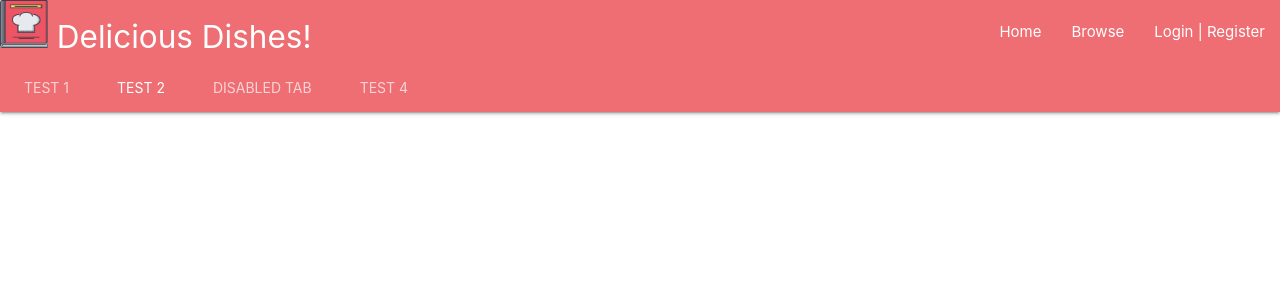
Repository: hebs87/cookbook-milestone-project-three
Page: http://localhost/
The author's editor kept a record of every edit. The page is drawn from the files as they stood at one moment, then again after the next edit.
The browser window is 1280 px wide. The pictures show the whole page.
Some web libraries are served in a nearby version. The page is served by the project's application, run on Flask 3 (app.py). Other server files are loaded and not shown.

Above is the page before.

### templates/base.html
<!DOCTYPE html>
<html lang="en">

<head>

    <!--Link for Favicon-->
    <link rel="icon" sizes="192x192" href="{{ url_for('static', filename='img/favicon.png') }}" type="image/x-icon">
    <meta charset="UTF-8">
    <meta name="viewport" content="width=device-width, initial-scale=1.0">
    <meta http-equiv="X-UA-Compatible" content="ie=edge">
    <title>Delicious Dishes!</title>

    <!--Link for Materialize-->
    <link rel="stylesheet" href="https://cdnjs.cloudflare.com/ajax/libs/materialize/1.0.0/css/materialize.min.css">
    <!--Link for FontAwesome-->
    <link rel="stylesheet" href="https://use.fontawesome.com/releases/v5.8.2/css/all.css"
        integrity="sha384-oS3vJWv+0UjzBfQzYUhtDYW+Pj2yciDJxpsK1OYPAYjqT085Qq/1cq5FLXAZQ7Ay" crossorigin="anonymous">
    <!--Link for custom CSS sheet-->


</head>

<body>

    <nav class="nav-extended">
        <div class="nav-wrapper">
            <a href="#" class="brand-logo"><img src="{{ url_for('static', filename='img/favicon.png') }}" alt="Delicious Desserts Chef Logo" lazyload="on">
            Delicious Dishes!</a>
            <a href="#" data-target="mobile-demo" class="sidenav-trigger">
                <i class="fas fa-bars"></i>
            </a>
            <ul id="nav-mobile" class="right hide-on-med-and-down">
                <li>
                    <a href="#">
                        Home
                    </a>
                </li>
                <li>
                    <a href="#">
                        Browse
                    </a>
                </li>
                <li>
                    <a href="#">
                        Login | Register
                    </a>
                </li>
            </ul>
        </div>
        <div class="nav-content">
            <ul class="tabs tabs-transparent">
                <li class="tab"><a href="#test1">Test 1</a></li>
                <li class="tab"><a class="active" href="#test2">Test 2</a></li>
                <li class="tab disabled"><a href="#test3">Disabled Tab</a></li>
                <li class="tab"><a href="#test4">Test 4</a></li>
            </ul>
        </div>
    </nav>

    <ul class="sidenav" id="mobile-demo">
        <li><a href="sass.html">Sass</a></li>
        <li><a href="badges.html">Components</a></li>
        <li><a href="collapsible.html">JavaScript</a></li>
    </ul>

    <!--Script tag for jQuery-->
    <script src="https://code.jquery.com/jquery-3.4.1.min.js"
        integrity="sha256-CSXorXvZcTkaix6Yvo6HppcZGetbYMGWSFlBw8HfCJo=" crossorigin="anonymous"></script>
    <!--Script tag for Materialize-->
    <script src="https://cdnjs.cloudflare.com/ajax/libs/materialize/1.0.0/js/materialize.min.js"></script>
    <!--Script tag for custom JS file-->


</body>

</html>

### app.py
import os
from flask import Flask, render_template, redirect, request, url_for
from flask_pymongo import PyMongo
from bson.objectid import ObjectId

# Instance of Flask
app = Flask(__name__)

# Config Flask app and connect to database
app.config["MONGO_DBNAME"] = 'onlineCookbook'
app.config["MONGO_URI"] = os.getenv('MONGO_URI')

# Instance of PyMongo
mongo = PyMongo(app)

# DB collection variables
recipes_coll = mongo.db.recipes
rating_coll = mongo.db.ratings
categories_coll = mongo.db.categories
serves_coll = mongo.db.serves
time_coll = mongo.db.time
users_coll = mongo.db.userLogin

@app.route('/')
def base():
    return render_template("base.html")

@app.route('/get_recipes')
def get_recipes():
    return render_template("recipes.html", recipes=recipes_coll.find())

if __name__ == '__main__':
    app.run(host=os.getenv("IP", "0.0.0.0"),
            port=int(os.getenv("PORT", "5000")),
            debug=False)

After the next edit:
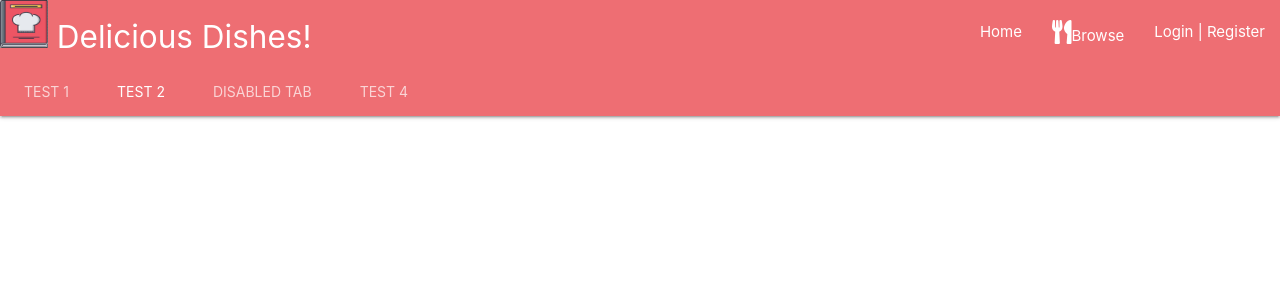
The edit:
--- a/templates/base.html
+++ b/templates/base.html
@@ -37,7 +37,7 @@
                 </li>
                 <li>
                     <a href="#">
-                        Browse
+                        <i class="fas fa-utensils"></i>Browse
                     </a>
                 </li>
                 <li>
